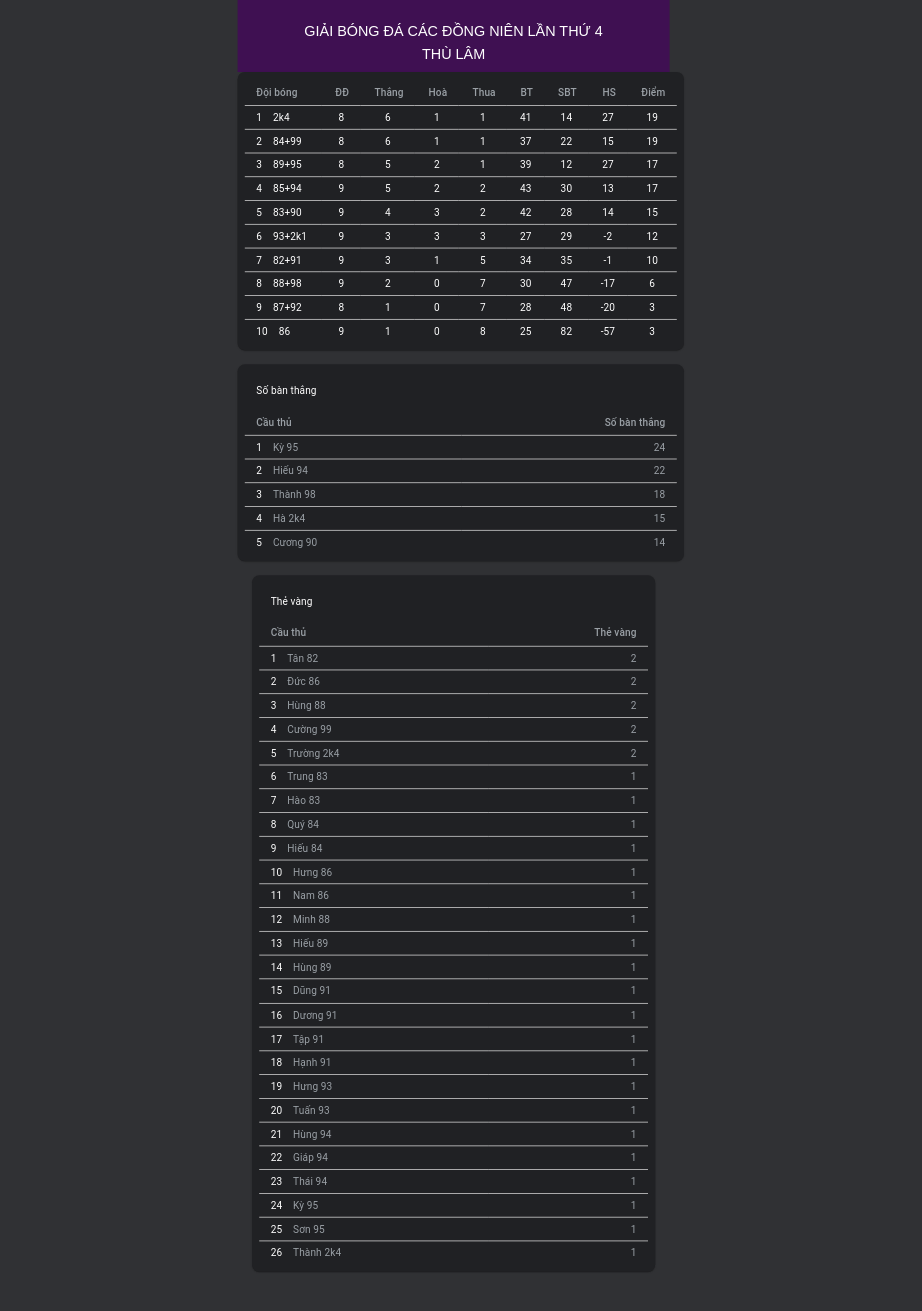
Repository: tuan842001/thulam
Page: /
An editor plug-in stored every save of this project. The page is shown before and after the next save, followed by the edit.
The browser window is 1280 px wide. The pictures show the whole page, at 72% of full size.
The project was rebuilt for these pictures with package versions that can differ from the ones it lists, and the page was loaded fresh each time.

Above is the page before, as saved 2022-01-11 16:12:44.

After the next save:
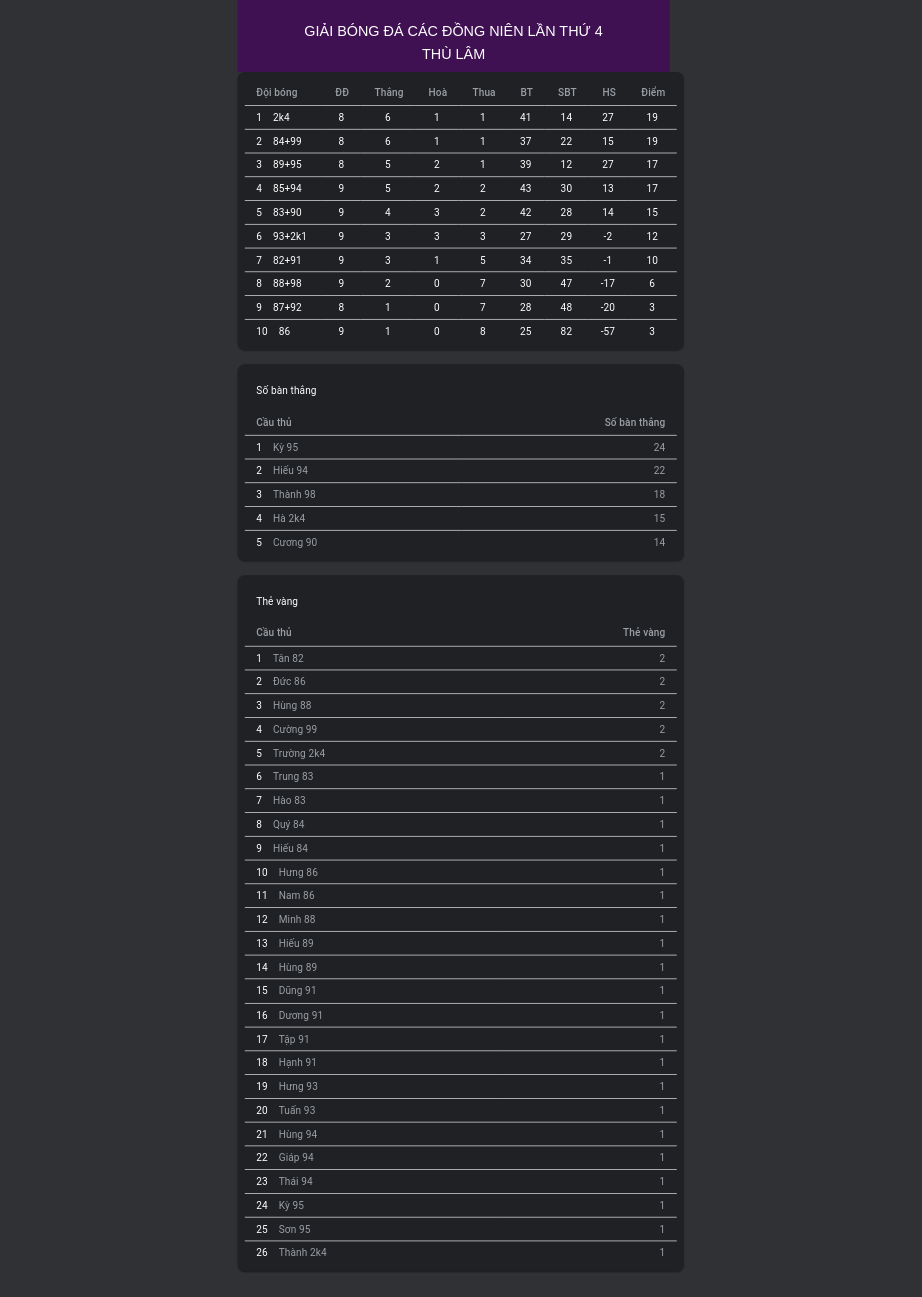
Saved 27 s later.
--- a/src/pages/card/Card.jsx
+++ b/src/pages/card/Card.jsx
@@ -51,11 +51,11 @@ export default function Card() {
       style={{
         backgroundColor: "#202124",
         color: "#FFFF",
-        margin: "20px",
-        width: "560px",
         borderRadius: "10px",
         padding: "10px",
+        marginTop: "20px",
       }}
+      className="TableContainer"
     >
       <TableCell style={{ color: "#FFFF", borderBottom: "none" }} align="right">
         Thẻ vàng
